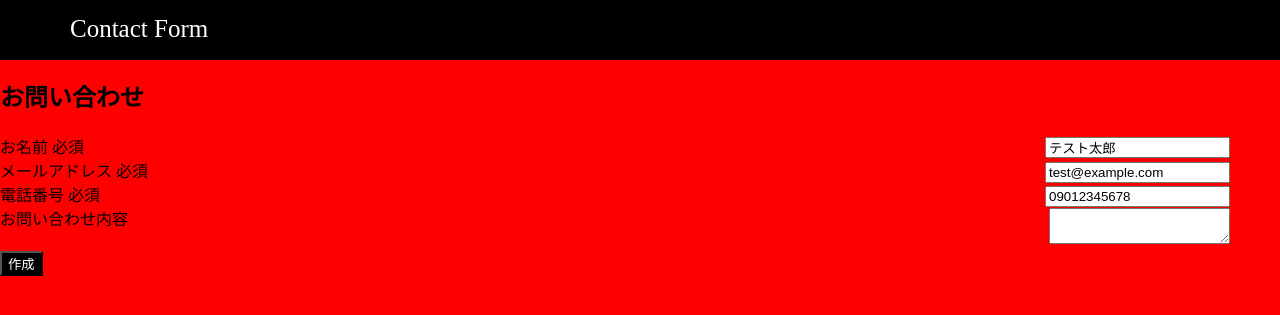
Repository: mayu-ya/my-contact-form
Page: http://localhost/
These files come from the project's save history. The page is drawn as it stood at one moment and after the next save; the edit follows.
The browser window is 1280 px wide. The pictures show the whole page.
The page is served by the project's Laravel application, run on PHP 8.4 with Laravel 8. Other server files are loaded and not shown.

Above is the page before, as saved 2025-12-31 23:59:13.

### src/routes/web.php
<?php

use Illuminate\Support\Facades\Route;
use App\Http\Controllers\ContactController;

/*
|--------------------------------------------------------------------------
| Web Routes
|--------------------------------------------------------------------------
|
| Here is where you can register web routes for your application. These
| routes are loaded by the RouteServiceProvider within a group which
| contains the "web" middleware group. Now create something great!
|
*/

Route::get('/', [ContactController::class,'index']);

### src/app/Http/Controllers/ContactController.php
<?php

namespace App\Http\Controllers;

use Illuminate\Http\Request;

class ContactController extends Controller
{
    public function index()
    {
        return view('index');
    }
}

### src/resources/views/index.blade.php
@extends('layouts.app')

@section('css')
<link rel="stylesheet" href="{{ asset('css/index.css') }}">
@endsection

@section('content')
<div class="content">
    <div class="form-title">
        <h2 class="form-title-con">お問い合わせ</h2>
    </div>

    <form class="form">
        <div class="form-content">
            <div class="form-content-name">
                <span class="form-content-name_na">お名前</span>
                <span class="form-content-name_re">必須</span>
            </div>
            <div class="form-name_create">
                <input type="text" name="name" value="テスト太郎">
            </div>
        </div>
        <div class="form-content">
            <div class="form-content-email">
                <span class="form-content-email_em">メールアドレス</span>
                <span class="form-content-email_re">必須</span>
            </div>
            <div class="form-email_create">
                <input type="text" name="email" value="test@example.com">
            </div>
        </div>
        <div class="form-content">
            <div class="form-content-tel">
                <span class="form-content-tel_te">電話番号</span>
                <span class="form-content-tel_re">必須</span>
            </div>
            <div class="form-tel_create">
                <input type="text" name="tel" value="09012345678">
            </div>
        </div>
        <div class="form-content">
            <div class="form-content-text">
                <span class="content-text_co">お問い合わせ内容</span>
            </div>
            <div class="form-text_create">
                <textarea name="text" value="資料をいただきたいです"></textarea>
            </div>

        </div>

        <div class="form-button">
            <button class="form-button_create">作成</button>
        </div>
    </form>
</div>
@endsection

### src/resources/views/layouts/app.blade.php
<!DOCTYPE html>
<html lang="ja">
<head>
    <meta charset="UTF-8">
    <meta name="viewport" content="width=device-width, initial-scale=1.0">
    <title>Contact Form</title>
    <link rel="stylesheet" href="{{ asset('css/sanitize.css') }}">
    <link rel="stylesheet" href="{{ asset('css/common.css') }}">
    @yield('css')
</head>
<body>
    <header class="header">
        <div class="header-title">
            <a href="/" class="header-logo">Contact Form</a>
        </div>
    </header>

    <main>
        @yield('content')
    </main>
</body>
</html>

### src/public/css/sanitize.css
/* Document
* ========================================================================== */

/**
* Add border box sizing in all browsers (opinionated).
*/

*,
::before,
::after {
  box-sizing: border-box;
}

/**
* 1. Add text decoration inheritance in all browsers (opinionated).
* 2. Add vertical alignment inheritance in all browsers (opinionated).
*/

::before,
::after {
  vertical-align: inherit;
  /* 2 */
  text-decoration: inherit;
  /* 1 */
}

/**
* 1. Use the default cursor in all browsers (opinionated).
* 2. Change the line height in all browsers (opinionated).
* 3. Use a 4-space tab width in all browsers (opinionated).
* 4. Remove the grey highlight on links in iOS (opinionated).
* 5. Prevent adjustments of font size after orientation changes in
*    IE on Windows Phone and in iOS.
* 6. Breaks words to prevent overflow in all browsers (opinionated).
*/

html {
  word-break: break-word;
  /* 6 */
  -moz-tab-size: 4;
  /* 3 */
  tab-size: 4;
  /* 3 */
  line-height: 1.5;
  /* 2 */
  cursor: default;
  /* 1 */

  -webkit-tap-highlight-color: transparent
    /* 4 */
  ;
  -ms-text-size-adjust: 100%;
  /* 5 */
  -webkit-text-size-adjust: 100%;
  /* 5 */
}

/* Sections
* ========================================================================== */

/**
* Remove the margin in all browsers (opinionated).
*/

body {
  margin: 0;
}

/**
* Correct the font size and margin on `h1` elements within `section` and
* `article` contexts in Chrome, Edge, Firefox, and Safari.
*/

h1 {
  margin: 0.67em 0;
  font-size: 2em;
}

/* Grouping content
* ========================================================================== */

/**
* Remove the margin on nested lists in Chrome, Edge, IE, and Safari.
*/

dl dl,
dl ol,
dl ul,
ol dl,
ul dl {
  margin: 0;
}

/**
* Remove the margin on nested lists in Edge 18- and IE.
*/

ol ol,
ol ul,
ul ol,
ul ul {
  margin: 0;
}

/**
* 1. Add the correct sizing in Firefox.
* 2. Show the overflow in Edge 18- and IE.
*/

hr {
  overflow: visible;
  /* 2 */
  height: 0;
  /* 1 */
}

/**
* Add the correct display in IE.
*/

main {
  display: block;
}

/**
* Remove the list style on navigation lists in all browsers (opinionated).
*/

nav ol,
nav ul {
  padding: 0;
  list-style: none;
}

/**
* 1. Correct the inheritance and scaling of font size in all browsers.
* 2. Correct the odd `em` font sizing in all browsers.
*/

pre {
  font-size: 1em;
  /* 2 */
  font-family: monospace, monospace;
  /* 1 */
}

/* Text-level semantics
* ========================================================================== */

/**
* Remove the gray background on active links in IE 10.
*/

a {
  background-color: transparent;
}

/**
* Add the correct text decoration in Edge 18-, IE, and Safari.
*/

abbr[title] {
  text-decoration: underline;
  text-decoration: underline dotted;
}

/**
* Add the correct font weight in Chrome, Edge, and Safari.
*/

b,
strong {
  font-weight: bolder;
}

/**
* 1. Correct the inheritance and scaling of font size in all browsers.
* 2. Correct the odd `em` font sizing in all browsers.
*/

code,
kbd,
samp {
  font-size: 1em;
  /* 2 */
  font-family: monospace, monospace;
  /* 1 */
}

/**
* Add the correct font size in all browsers.
*/

small {
  font-size: 80%;
}

/* Embedded content
* ========================================================================== */

/*
* Change the alignment on media elements in all browsers (opinionated).
*/

audio,
canvas,
iframe,
img,
svg,
video {
  vertical-align: middle;
}

/**
* Add the correct display in IE 9-.
*/

audio,
video {
  display: inline-block;
}

/**
* Add the correct display in iOS 4-7.
*/

audio:not([controls]) {
  display: none;
  height: 0;
}

/**
* Remove the border on iframes in all browsers (opinionated).
*/

iframe {
  border-style: none;
}

/**
* Remove the border on images within links in IE 10-.
*/

img {
  border-style: none;
}

/**
* Change the fill color to match the text color in all browsers (opinionated).
*/

svg:not([fill]) {
  fill: currentColor;
}

/**
* Hide the overflow in IE.
*/

svg:not(:root) {
  overflow: hidden;
}

/* Tabular data
* ========================================================================== */

/**
* Collapse border spacing in all browsers (opinionated).
*/

table {
  border-collapse: collapse;
}

/* Forms
* ========================================================================== */

/**
* Remove the margin on controls in Safari.
*/

button,
input,
select {
  margin: 0;
}

/**
* 1. Show the overflow in IE.
* 2. Remove the inheritance of text transform in Edge 18-, Firefox, and IE.
*/

button {
  overflow: visible;
  /* 1 */
  text-transform: none;
  /* 2 */
}

/**
* Correct the inability to style buttons in iOS and Safari.
*/

button,
[type="button"],
[type="reset"],
[type="submit"] {
  -webkit-appearance: button;
}

/**
* 1. Change the inconsistent appearance in all browsers (opinionated).
* 2. Correct the padding in Firefox.
*/

fieldset {
  padding: 0.35em 0.75em 0.625em;
  /* 2 */
  border: 1px solid #a0a0a0;
  /* 1 */
}

/**
* Show the overflow in Edge 18- and IE.
*/

input {
  overflow: visible;
}

/**
* 1. Correct the text wrapping in Edge 18- and IE.
* 2. Correct the color inheritance from `fieldset` elements in IE.
*/

legend {
  display: table;
  /* 1 */
  max-width: 100%;
  /* 1 */
  color: inherit;
  /* 2 */
  white-space: normal;
  /* 1 */
}

/**
* 1. Add the correct display in Edge 18- and IE.
* 2. Add the correct vertical alignment in Chrome, Edge, and Firefox.
*/

progress {
  display: inline-block;
  /* 1 */
  vertical-align: baseline;
  /* 2 */
}

/**
* Remove the inheritance of text transform in Firefox.
*/

select {
  text-transform: none;
}

/**
* 1. Remove the margin in Firefox and Safari.
* 2. Remove the default vertical scrollbar in IE.
* 3. Change the resize direction in all browsers (opinionated).
*/

textarea {
  overflow: auto;
  /* 2 */
  margin: 0;
  /* 1 */
  resize: vertical;
  /* 3 */
}

/**
* Remove the padding in IE 10-.
*/

[type="checkbox"],
[type="radio"] {
  padding: 0;
}

/**
* 1. Correct the odd appearance in Chrome, Edge, and Safari.
* 2. Correct the outline style in Safari.
*/

[type="search"] {
  outline-offset: -2px;
  /* 2 */

  -webkit-appearance: textfield;
  /* 1 */
}

/**
* Correct the cursor style of increment and decrement buttons in Safari.
*/

::-webkit-inner-spin-button,
::-webkit-outer-spin-button {
  height: auto;
}

/**
* Correct the text style of placeholders in Chrome, Edge, and Safari.
*/

::-webkit-input-placeholder {
  color: inherit;
  opacity: 0.54;
}

/**
* Remove the inner padding in Chrome, Edge, and Safari on macOS.
*/

::-webkit-search-decoration {
  -webkit-appearance: none;
}

/**
* 1. Correct the inability to style upload buttons in iOS and Safari.
* 2. Change font properties to `inherit` in Safari.
*/

::-webkit-file-upload-button {
  font: inherit;
  /* 2 */

  -webkit-appearance: button;
  /* 1 */
}

/**
* Remove the inner border and padding of focus outlines in Firefox.
*/

::-moz-focus-inner {
  padding: 0;
  border-style: none;
}

/**
* Restore the focus outline styles unset by the previous rule in Firefox.
*/

:-moz-focusring {
  outline: 1px dotted ButtonText;
}

/**
* Remove the additional :invalid styles in Firefox.
*/

:-moz-ui-invalid {
  box-shadow: none;
}

/* Interactive
* ========================================================================== */

/*
* Add the correct display in Edge 18- and IE.
*/

details {
  display: block;
}

/*
* Add the correct styles in Edge 18-, IE, and Safari.
*/

dialog {
  position: absolute;
  right: 0;
  left: 0;
  display: block;
  margin: auto;
  padding: 1em;
  width: -moz-fit-content;
  width: -webkit-fit-content;
  width: fit-content;
  height: -moz-fit-content;
  height: -webkit-fit-content;
  height: fit-content;
  border: solid;
  background-color: white;
  color: black;
}

dialog:not([open]) {
  display: none;
}

/*
* Add the correct display in all browsers.
*/

summary {
  display: list-item;
}

/* Scripting
* ========================================================================== */

/**
* Add the correct display in IE 9-.
*/

canvas {
  display: inline-block;
}

/**
* Add the correct display in IE.
*/

template {
  display: none;
}

/* User interaction
* ========================================================================== */

/*
* 1. Remove the tapping delay in IE 10.
* 2. Remove the tapping delay on clickable elements
in all browsers (opinionated).
*/

a,
area,
button,
input,
label,
select,
summary,
textarea,
[tabindex] {
  -ms-touch-action: manipulation;
  /* 1 */
  touch-action: manipulation;
  /* 2 */
}

/**
* Add the correct display in IE 10-.
*/

[hidden] {
  display: none;
}

/* Accessibility
* ========================================================================== */

/**
* Change the cursor on busy elements in all browsers (opinionated).
*/

[aria-busy="true"] {
  cursor: progress;
}

/*
* Change the cursor on control elements in all browsers (opinionated).
*/

[aria-controls] {
  cursor: pointer;
}

/*
* Change the cursor on disabled, not-editable, or otherwise
* inoperable elements in all browsers (opinionated).
*/

[aria-disabled="true"],
[disabled] {
  cursor: not-allowed;
}

/*
* Change the display on visually hidden accessible elements
* in all browsers (opinionated).
*/

[aria-hidden="false"][hidden] {
  display: initial;
}

[aria-hidden="false"][hidden]:not(:focus) {
  position: absolute;
  clip: rect(0, 0, 0, 0);
}

### src/public/css/common.css
.header {
    background: black;
    height: 60px;
}

.header-logo{
    display: block;
    color: white;
    font-size: 25px;
    padding-top: 10px;
    padding-left: 70px;
    text-decoration: none;
    cursor: pointer;
}

### src/public/css/index.css
body {
    background: red;
}

.content {
    max-width: 1230px;
}

.form {
    display: inline;
}

.form-content {
    display: flex;
    justify-content: space-between;
}

.form-button {
}

.form-button_create {
    color: white;
    background: black;
}

Loaded but not shown: src/app/Http/Controllers/Controller.php (common file)

After the next save:
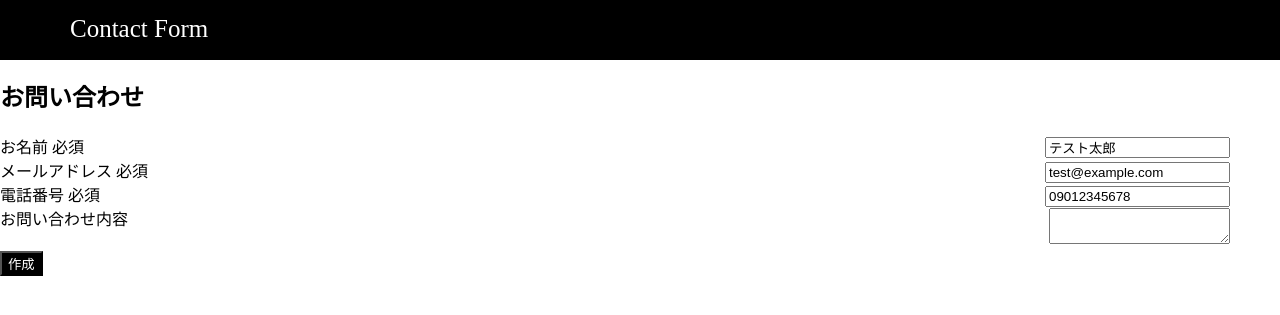
Saved 14 h 39 min later.
--- a/src/public/css/index.css
+++ b/src/public/css/index.css
@@ -1,7 +1,3 @@
-body {
-    background: red;
-}
-
 .content {
     max-width: 1230px;
 }
